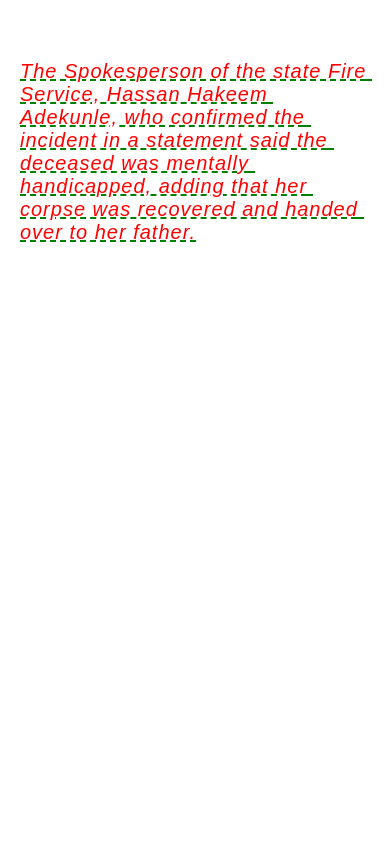
Repository: akinmiday/ReactNativeApp
Screen: /
The author's editor kept a copy of each file at every save. The screen is drawn from the files as they stood at one save, then again after the next save.
The app was drawn by React Native's web renderer in a window 390 px wide. The project was rebuilt for these pictures with package versions that can differ from the ones it lists, and the page was loaded fresh each time.

Above is the screen before, as saved 2023-08-06 16:01:28.

### App.js
import { View, Text } from "react-native";
import styles from "./styles";
import { useState } from "react";

export default function App() {
  const { container, text } = styles;

  return (
    <View style={container}>
      <Text style={text}>
        The Spokesperson of the state Fire Service, Hassan Hakeem Adekunle, who
        confirmed the incident in a statement said the deceased was mentally
        handicapped, adding that her corpse was recovered and handed over to her
        father.
      </Text>
    </View>
  );
}

### styles.js
import { StyleSheet } from "react-native";

const styles = StyleSheet.create({
  container: {
    marginTop: 40,
    padding: 20,
    backgroundColor: "#fff",
    flex: 1,
  },
  input: {
    backgroundColor: "pink",
    marginTop: 20,
    padding: 20,
    marginTop: 20,
    marginBottom: 20,
  },
  text: {
    color: "red",
    fontSize: 20,
    fontFamily: "Arial",
    fontStyle: "italic",
    fontWeight: "normal",
    letterSpacing: 1,
    textAlign: "auto",
    textDecorationLine: "underline",
    textDecorationColor: "green",
    textDecorationStyle: "dashed",
  },
  button: {
    backgroundColor: "yellow",
    padding: 15,
    alignItems: "center",
    width: "50%",
    alignSelf: "center",
    borderWidth: 5,
    borderColor: "green",
    marginTop: 20,
  },
  item: {
    backgroundColor: "yellow",
    padding: 20,
    marginVertical: 5,
  },
  header: {
    fontSize: 15,
  },
  title: {
    fontSize: 10,
  },
});

export default styles;

After the next save:
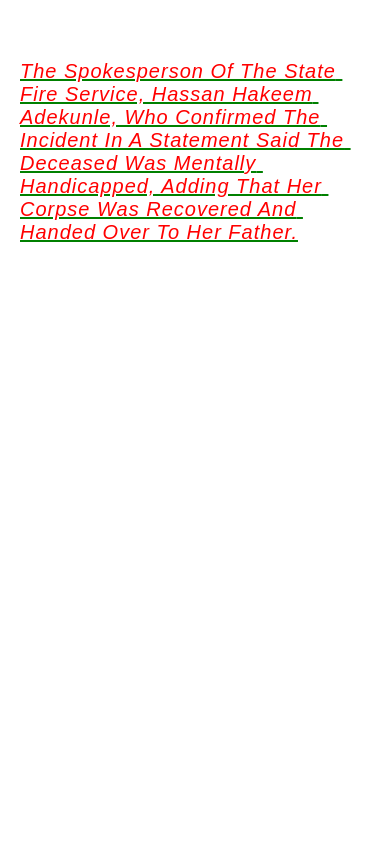
Saved 26 s later.
--- a/styles.js
+++ b/styles.js
@@ -24,7 +24,7 @@ const styles = StyleSheet.create({
     textAlign: "auto",
     textDecorationLine: "underline",
     textDecorationColor: "green",
-    textDecorationStyle: "dashed",
+    textTransform: "capitalize",
   },
   button: {
     backgroundColor: "yellow",
